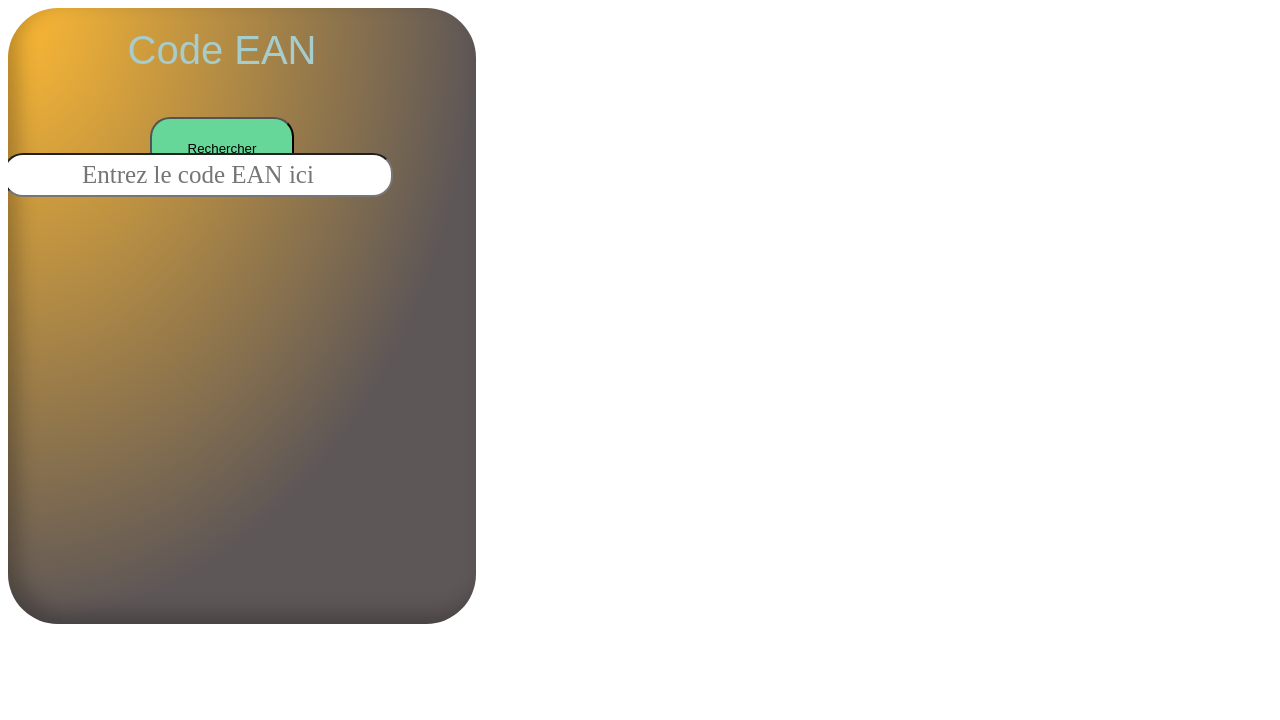
Repository: Zouz01/exo-toucan
Page: index.html
An editor plug-in stored every save of this project. The page is shown before and after the next save, followed by the edit.
The browser window is 1280 px wide. The pictures show the whole page.

Above is the page before, as saved 2023-09-21 12:23:36.

After the next save:
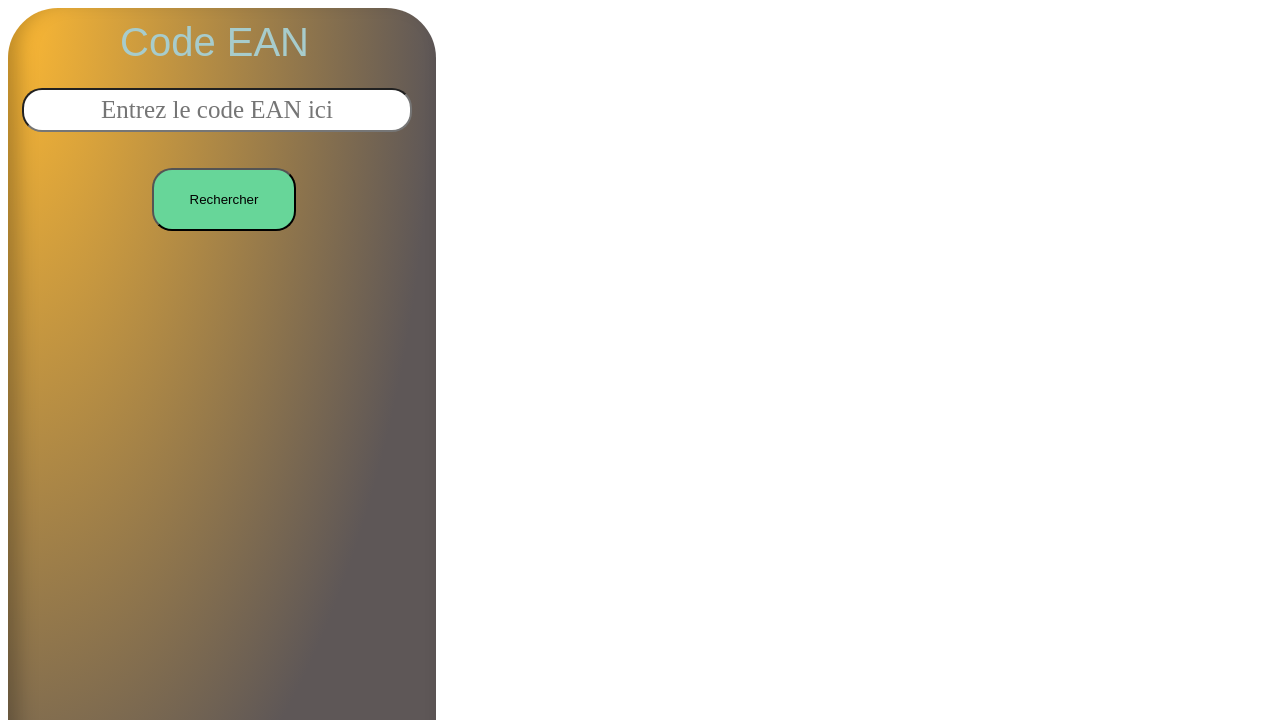
Saved 15 s later.
--- a/main.css
+++ b/main.css
@@ -16,23 +16,16 @@ body {
     opacity: 1.8;
     box-shadow: inset 10px -10px 20px rgba(0, 0, 0, 0.25);
     border-radius: 50px;
-    overflow: auto; /* Ajout du débordement automatique si le contenu dépasse la hauteur du conteneur */
-    max-height: 80%; /* Définition d'une hauteur maximale pour le contenu */
-    padding: 20px; /* Ajout d'un espace interne pour le contenu */
-    display: flex; /* Utilisation de flexbox pour centrer le contenu */
-    justify-content: center; /* Centre horizontalement le contenu */
-    align-items: flex-start; /* Aligne les éléments en haut de la div container */
 }
-
 
 /* position ecriture label*/
 label {
 
-
+    top: 20px;
     font-size: 40px;
     color: rgb(167, 204, 204);
    left: 120px;
-
+    position :fixed;
 
 
 
@@ -42,7 +35,7 @@ label {
     position: relative;
    border-radius: 20px;
    width: 20%;
-   top: 900px;
+   top: 600px;
 }
 
 /*position retour d'information produit*/
@@ -51,9 +44,6 @@ label {
     color: rgb(171, 221, 205);
     font-size: larger;
     text-align: center; /* Centre le texte horizontalement */
-    max-height: 100%; /* Le contenu de #product-info ne dépassera pas la hauteur du conteneur */
-    overflow-y: auto; /* Ajout du débordement vertical automatique si le contenu dépasse la hauteur maximale */
-
 }
 h2 {
     font-size: xx-large;
@@ -65,7 +55,7 @@ p{
 
 /* Champ de saisie pour entrer le code EAN */
 #code_ean {
-   position: relative;
+    position: absolute;
    border-radius: 20px;
     width: 382px;
     height: 38px;
@@ -86,14 +76,13 @@ color: #0f0d0d;
 
 /* Bouton de recherche */
 button[type="submit"] {
-
+    position: absolute;
     width: 144px;
     height: 63px;
   background-color: #67d699;
-
+    top: 160px;
     border-radius: 20px;
-
-
+    right: 140px;
 
 
 
